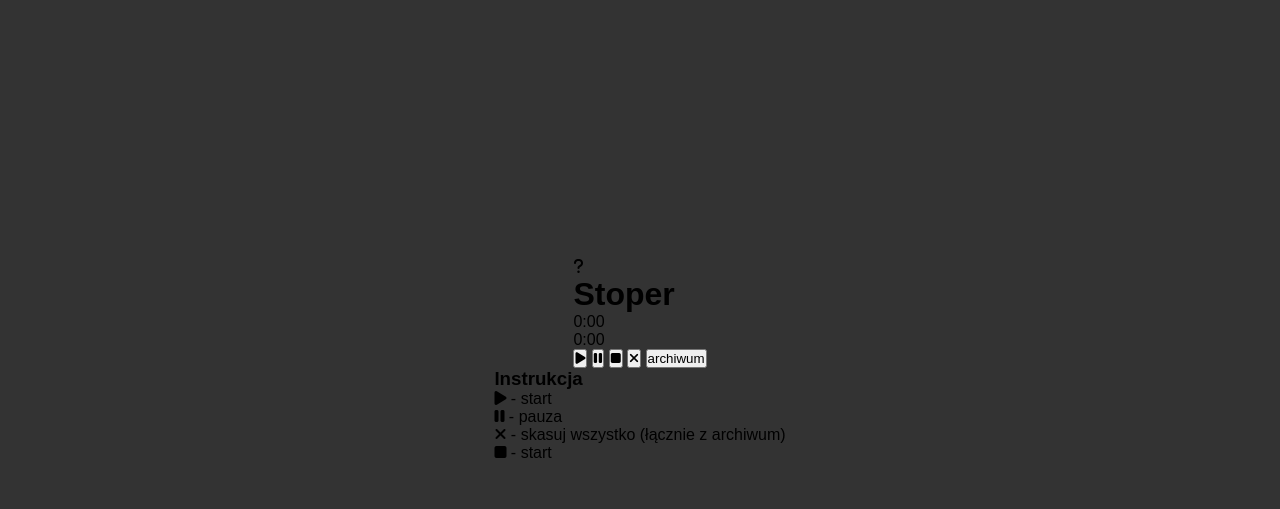
Repository: KrzysKolo/Projekt-5_Stoper
Page: index.html
These files come from the project's save history. The page is drawn as it stood at one moment and after the next save; the edit follows.
The browser window is 1280 px wide. The pictures show the whole page.
Some web fonts or font styles are not loaded; a fallback is used. Some web libraries are served in a nearby version.

Above is the page before, as saved 2020-07-05 13:34:04.

### index.html
<!DOCTYPE html>
<html lang="en">
  <head>
    <meta charset="UTF-8" />
    <meta name="viewport" content="width=device-width, initial-scale=1.0" />
    <title>Stoper</title>
    <script
      src="https://kit.fontawesome.com/21efeaf281.js"
      crossorigin="anonymous"
    ></script>
    <link
      href="https://fonts.googleapis.com/css2?family=Montserrat+Subrayada&display=swap"
      rel="stylesheet"
    />
    <link rel="stylesheet" href="./css/style.css" />
  </head>
  <body>
    <div class="wrapper">
      <p class="info">
        <i class="fa fa-question" aria-hidden="true"></i>
      </p>
      <h1>Stoper</h1>
      <p class="stopwatch">0:00</p>
      <p class="time">0:00</p>

      <div class="buttons">
        <button class="start"><i class="fas fa-play"></i></button>
        <button class="pouse"><i class="fas fa-pause"></i></button>
        <button class="stop"><i class="fas fa-stop"></i></button>
        <button class="restart"><i class="fas fa-times"></i></button>
        <button class="history">archiwum</button>
      </div>
      <ul class="time-list"></ul>
    </div>
    <div class="modal-shadow">
      <div class="modal"></div>
      <h3>Instrukcja</h3>
      <p><i class="fas fa-play"></i> - start</p>
      <p><i class="fas fa-pause"></i> - pauza</p>
      <p><i class="fas fa-times"></i> - skasuj wszystko (łącznie z archiwum)</p>
      <p><i class="fas fa-stop"></i> - start</p>
    </div>
    <script src="./js/index.js"></script>
  </body>
</html>

### css/style.css
* {
  box-sizing: border-box;
  padding: 0;
  margin: 0;
}
body {
  display: flex;
  justify-content: center;
  align-items: center;
  flex-direction: column;
  min-height: 100vh;
  font-family: "Montserrat Subrayada", sans-serif;
  background-color: #333333;
}

Loaded but not shown: js/index.js (no stored copy; drawn as an empty file)

After the next save:
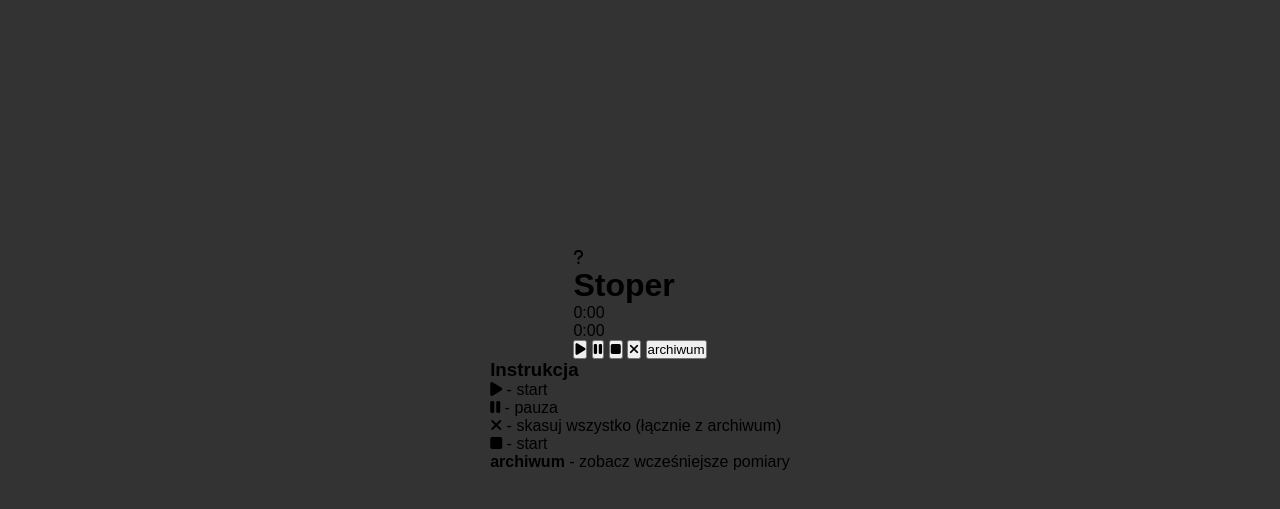
Saved 53 s later.
--- a/index.html
+++ b/index.html
@@ -39,6 +39,7 @@
       <p><i class="fas fa-pause"></i> - pauza</p>
       <p><i class="fas fa-times"></i> - skasuj wszystko (łącznie z archiwum)</p>
       <p><i class="fas fa-stop"></i> - start</p>
+      <p><strong>archiwum</strong> - zobacz wcześniejsze pomiary</p>
     </div>
     <script src="./js/index.js"></script>
   </body>
